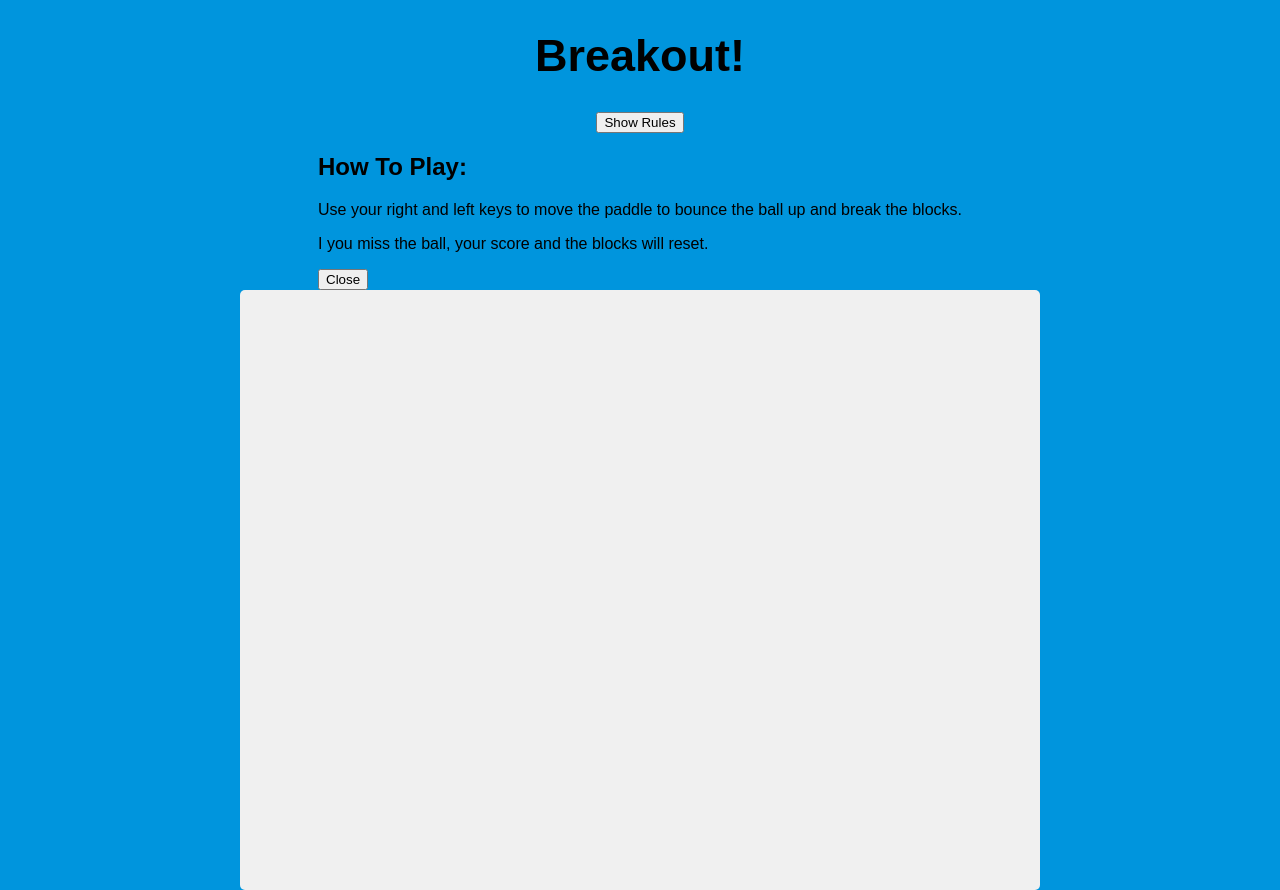
Repository: JackyZzZz/BREAKOUT-GAME
Page: index.html
An editor plug-in stored every save of this project. The page is shown before and after the next save, followed by the edit.
The browser window is 1280 px wide. The pictures show the whole page.

Above is the page before, as saved 2023-09-04 20:38:10.

After the next save:
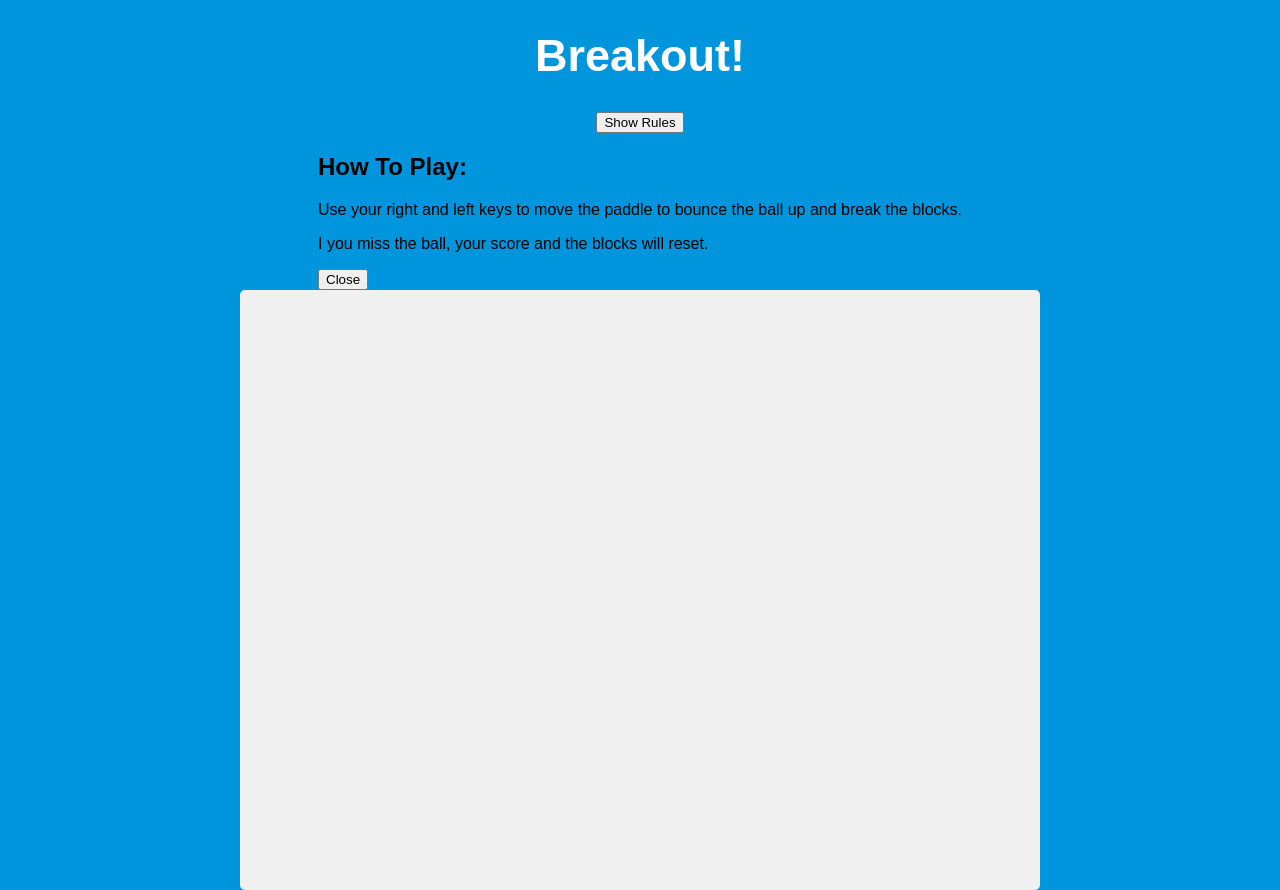
Saved 7 s later.
--- a/style.css
+++ b/style.css
@@ -15,6 +15,7 @@ body {
 
 h1 {
     font-size: 45px;
+    color: #fff
 }
 
 canvas {
